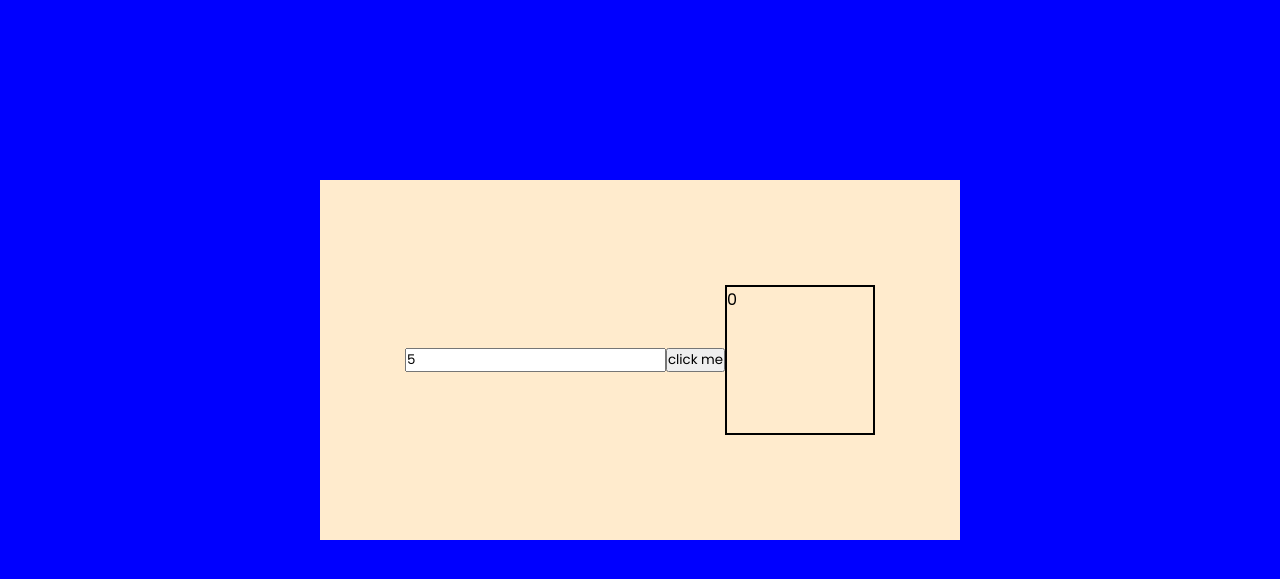
Repository: NarekTovmasyan/promise
Page: inex.html
An editor plug-in stored every save of this project. The page is shown before and after the next save, followed by the edit.
The browser window is 1280 px wide. The pictures show the whole page.
Empty fields were first filled with sample values (such as "Sample", 5 or name@example.com).
After loading, the first visible `#button` was clicked once.

Above is the page before, as saved 2022-02-21 21:20:28.

### inex.html
<!DOCTYPE html>
<html lang="en">

<head>
    <meta charset="UTF-8">
    <meta http-equiv="X-UA-Compatible" content="IE=edge">
    <meta name="viewport" content="width=device-width, initial-scale=1.0">
    <title>Document</title>
    <link rel="stylesheet" href="./style.css">
</head>

<body>
    <div class="body">
        <div class="conteiner">
            <div class="main">
                <input type="number" id="value" placeholder="plise enter number...">
                <button class="btn" id="button">click me</button>
                <div class="table" id="show-text"></div>
            </div>
        </div>
    </div>
    <script src="./script.js"></script>
</body>

</html>

### style.css
@import url('https://fonts.googleapis.com/css2?family=Poppins:wght@200;300;400;500;600;700&display=swap');
* {
    margin: 0;
    padding: 0;
    box-sizing: border-box;
    font-family: 'Poppins', sans-serif;
}

.body {
    background-color: blue;
    position: absolute;
    width: 100%;
    height: 100%;
    display: flex;
    align-items: center;
    justify-content: center;
}

.conteiner {
    background-color: blanchedalmond;
    position: relative;
    width: 50%;
    height: 50%;
    display: flex;
    align-items: center;
    justify-content: center;
}

.main {
    display: contents;
    flex-direction: row;
}


/* .btn {

} */

.table {
    border: 2px solid black;
    width: 150px;
    height: 150px;
}

### script.js
// const myBirthday = (isSick) => {
//     return new Promise(function (resolve, reject) {
//       if (!isSick) {
//         setTimeout(() => resolve(2), 2000);
//       } else {
//         reject("I dont have cake :разочарование_облегчение:");
//       }
//     });
//   };
//   const handleCake = async () => {
//     try {
//       let result = await myBirthday(true); // result = 2
//       console.log(`I have ${result} cakes :день_рождения:`);
//     } catch (err) {
//       console.log(err);
//     } finally {
//       console.log("Party");
//     }
//   };
//   handleCake();



// myBirthday(true)
//   .then((result) => console.log(`I have ${result} cakes :день_рождения:`))
//   .catch((err) => console.log(err))
//   .finally(() => console.log("Party"));


// let number = 5;

// function compare(argument) {
//     return new Promise(function(resolve, reject) {
//         if (number > argument) {
//             resolve(number)
//         } else {
//             reject(new Error("oops"))
//         }
//     })
// };
// compare(6).then(function(number) {
//     console.log(number);
// }).catch(function(error) {
//     console.log(error);
// }).finally(() => {
//     console.log("barlus");
// })

const value = document.getElementById("value").value;
const button = document.getElementById("button")
const showText = document.getElementById("show-text");

button.addEventListener("click", function() {
    function getRandomInt(max) {
        return Math.floor(Math.random() * max);
    }
    showText.innerText = getRandomInt(6);
    console.log(getRandomInt(6))
})

After the next save:
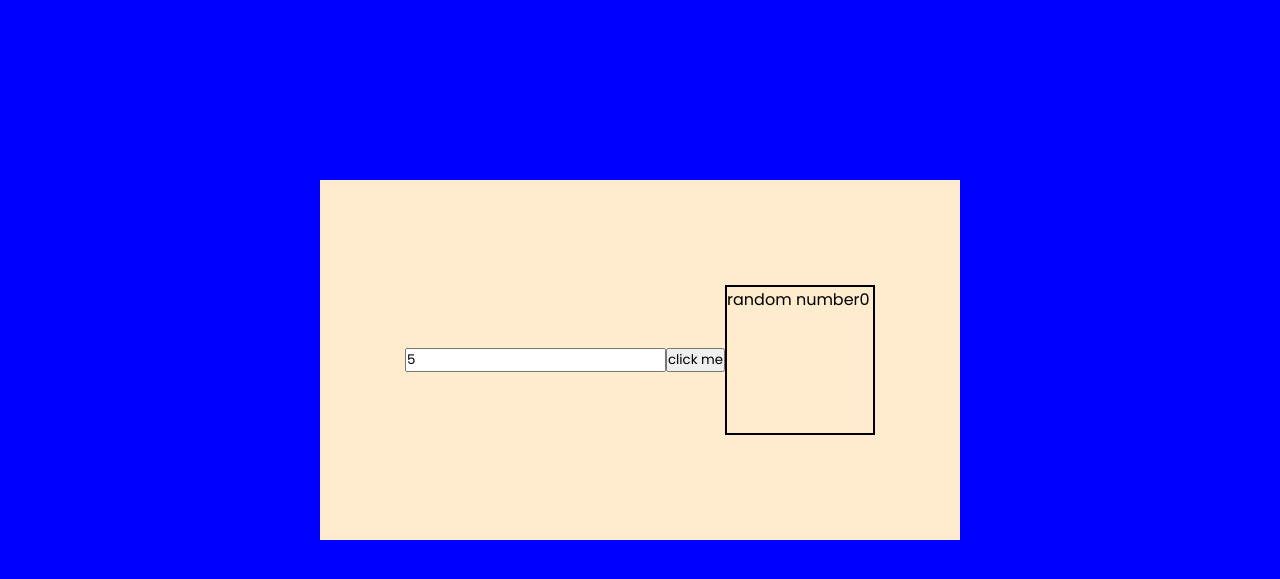
Saved 5 min 29 s later.
--- a/script.js
+++ b/script.js
@@ -54,6 +54,6 @@ button.addEventListener("click", function() {
     function getRandomInt(max) {
         return Math.floor(Math.random() * max);
     }
-    showText.innerText = getRandomInt(6);
+    showText.innerText = "random number" + getRandomInt(6);
     console.log(getRandomInt(6))
 })
